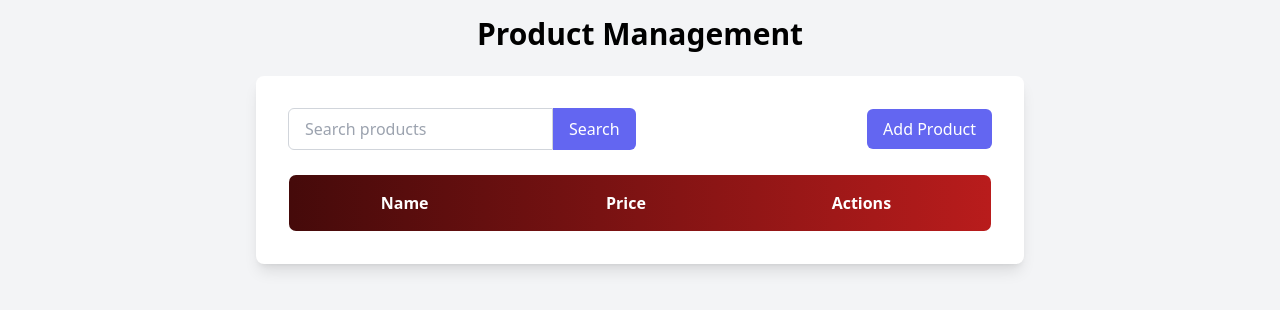
Repository: shaafsalman/product-Management-MERN
Page: /home (app in frontend/)
The author's editor kept a copy of each file at every save. The page is drawn from the files as they stood at one save, then again after the next save.
The browser window is 1280 px wide. The pictures show the whole page.
The page's requests for data from a server got no answer. The project was rebuilt for these pictures with package versions that can differ from the ones it lists, and the page was loaded fresh each time. No one was signed in, and anything a server would have sent is missing. Also part of the build but not shown: frontend/vite.config.js, frontend/src/Cards/messageCard.jsx, frontend/src/Pages/Login.jsx, frontend/src/Pages/SighnUp.jsx, frontend/src/Pages/NoPage.jsx, frontend/src/Pages/AddProduct.jsx.

Above is the page before, as saved 2024-05-15 07:43:36.

### frontend/src/App.jsx
import React from 'react';
import { BrowserRouter as Router, Routes, Route, Navigate } from 'react-router-dom';
import Login from "./Pages/Login"
import Signup from "./Pages/SighnUp"
import NoPage from './Pages/NoPage';
import Home from './Pages/Home';

const App = () => {
  return (
    <div className="App">
      <Router>
        <div>
          <Routes>
            <Route path="/" element={<Login/>} />
            <Route path="/login" element={<Login />} />
            <Route path="/login" element={<Login />} />
            <Route path="/signup" element={<Signup />} />
            <Route path="/register" element={<Signup />} />
            <Route path="/home" element={<Home />} />
            <Route path="/*" element={<NoPage />} />
          </Routes>
        </div>
      </Router>
    </div>
  );
};


export default App;

### frontend/src/index.css
@tailwind base;
@tailwind components;
@tailwind utilities;


*
{
  margin: 0;
  padding: 0;
  box-sizing: border-box;
}

body,html
{
  background-color:silver
}

### frontend/src/Pages/Home.jsx
import React, { useState, useEffect } from 'react';
import AddProduct from './AddProduct';
import axios from 'axios';
import MessageCard from './../Cards/messageCard'

const Home = () => {
  const [products, setProducts] = useState([]);
  const [searchTerm, setSearchTerm] = useState('');
  const [searchResults, setSearchResults] = useState([]);
  const [showAddProduct, setShowAddProduct] = useState(false);
  const [message, setMessage] = useState(null); // State for message

  useEffect(() => {
    fetchProducts();
  }, []);

  useEffect(() => {
    const timer = setTimeout(() => {
      setMessage(null);
    }, 4000);
    return () => clearTimeout(timer);
  }, [message]);

  const fetchProducts = async () => {
    try {
      const response = await axios.get('http://localhost:8080/api/products/');
      setProducts(response.data || []);
      setSearchResults(response.data || []);
      console.log('data from response: ', response.data);
      console.log('Search Results:', searchResults);
    } catch (error) {
      console.error('Error fetching products:', error);
    }
};

  const handleSearch = () => {
    const results = products.filter(product =>
      product.name.toLowerCase().includes(searchTerm.toLowerCase())
    );
    setSearchResults(results);
  };

  const showAdd = () => {
    setShowAddProduct(true);
  };

  const toggleAddProduct = () => {
    setShowAddProduct(!showAddProduct);
  };

  const handleUpdateProduct = async (productId, updatedProduct) => {
    try {
      const response = await axios.put(`http://localhost:8080/api/products/${productId}`, updatedProduct);
      const updatedProducts = products.map(product =>
        product._id === productId ? response.data : product
      );
      setProducts(updatedProducts);
      setSearchResults(updatedProducts);
      setMessage({ Heading: 'Success', Message: 'Product updated successfully!' }); // Set success message
    } catch (error) {
      console.error('Error updating product:', error);
      setMessage({ Heading: 'Error', Message: 'Failed to update product' }); // Set error message
    }
  };

  const handleDeleteProduct = async (productId) => {
    try {
      await axios.delete(`http://localhost:8080/api/products/${productId}`);
      const updatedProducts = products.filter(product => product._id !== productId);
      setProducts(updatedProducts);
      setSearchResults(updatedProducts);
      setMessage({ Heading: 'Success', Message: 'Product deleted successfully!' }); // Set success message
    } catch (error) {
      console.error('Error deleting product:', error);
      setMessage({ Heading: 'Error', Message: 'Failed to delete product' }); // Set error message
    }
  };

  return (
    <div className="flex flex-col items-center min-h-screen bg-gray-100 p-4">
      <h1 className="text-3xl font-semibold mb-6">Product Management</h1>
      {message && (
        <MessageCard Heading={message.Heading} Message={message.Message} onClose={() => setMessage(null)} />
      )}
      <div className="w-full max-w-screen-md bg-white shadow-lg rounded-lg p-8">
        <div className="flex items-center justify-between mb-6">
          <div className="flex">
            <input
              type="text"
              placeholder="Search products"
              value={searchTerm}
              onChange={(e) => setSearchTerm(e.target.value)}
              className="px-4 py-2 border border-gray-300 rounded-l-md focus:outline-none focus:border-indigo-500"
            />
            <button
              onClick={handleSearch}
              className="px-4 py-2 bg-indigo-500 text-white rounded-r-md hover:bg-indigo-600 focus:outline-none focus:bg-indigo-600"
            >
              Search
            </button>
          </div>
          <button
            onClick={showAdd}
            className="px-4 py-2 bg-indigo-500 text-white rounded-md hover:bg-indigo-600 focus:outline-none focus:bg-indigo-600"
          >
            Add Product
          </button>
        </div>
        <table className="w-full border-collapse border border-gray-300 rounded-lg overflow-hidden">
  <thead>
    <tr className="bg-gradient-to-r from-red-950 to-red-700 text-white">
      <th className="px-6 py-4 text-center">Name</th>
      <th className="px-6 py-4 text-center">Price</th>
      <th className="px-6 py-4 text-center">Actions</th>
    </tr>
  </thead>
  <tbody>
    {searchResults.map((product, index) => (
      <tr key={index} className={"bg-transparent "}>
        <td className="px-6 py-4 text-center text-gray-800">{product.name}</td>
        <td className="px-6 py-4 text-center text-gray-800">{product.price}</td>
        <td className="px-6 py-4 space-x-2 flex justify-center">
          <button
            onClick={() => handleUpdateProduct(product._id, { name: 'Updated Name', price: 0 })}
            className="px-4 py-2 bg-indigo-600 text-white rounded-md hover:bg-indigo-700 focus:outline-none focus:bg-indigo-700 transition duration-300"
          >
            Update
          </button>
          <button
            onClick={() => handleDeleteProduct(product._id)}
            className="px-4 py-2 bg-purple-600 text-white rounded-md hover:bg-purple-700 focus:outline-none focus:bg-purple-700 transition duration-300"
          >
            Delete
          </button>
        </td>
      </tr>
    ))}
  </tbody>
</table>









      </div>
      {showAddProduct && (
        <div className="fixed top-0 left-0 w-full h-full bg-gray-900 bg-opacity-75 flex justify-center items-center">
          <AddProduct onClose={toggleAddProduct} setMessage={setMessage} /> // Pass setMessage to AddProduct
        </div>
      )}
    </div>
  );
};

export default Home;

Loaded but not shown: frontend/index.html (common file); frontend/src/main.jsx (common file); frontend/tailwind.config.js (common file)

After the next save:
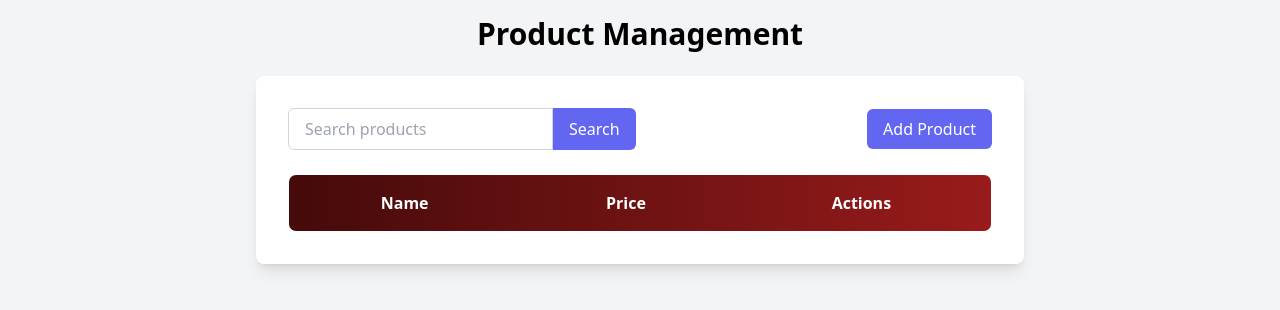
Saved 4 s later.
--- a/frontend/src/Pages/Home.jsx
+++ b/frontend/src/Pages/Home.jsx
@@ -108,7 +108,7 @@ const Home = () => {
         </div>
         <table className="w-full border-collapse border border-gray-300 rounded-lg overflow-hidden">
   <thead>
-    <tr className="bg-gradient-to-r from-red-950 to-red-700 text-white">
+    <tr className="bg-gradient-to-r from-red-950 to-red-800 text-white">
       <th className="px-6 py-4 text-center">Name</th>
       <th className="px-6 py-4 text-center">Price</th>
       <th className="px-6 py-4 text-center">Actions</th>
